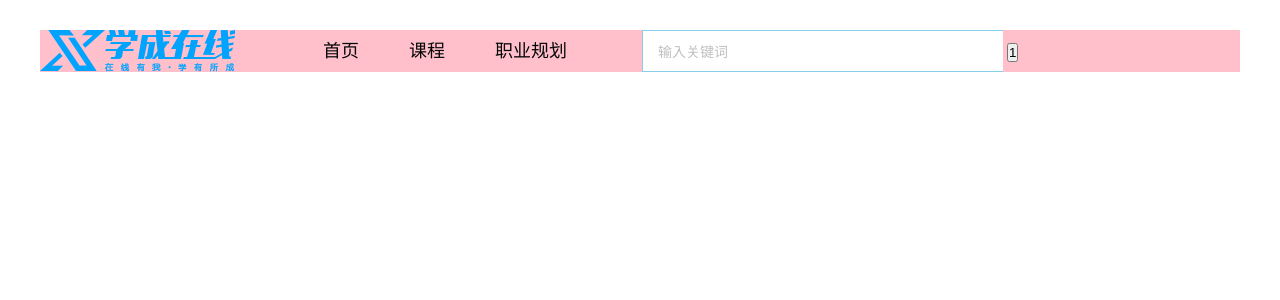
Repository: R1Deemo/Web-Project
Page: index..html
An editor plug-in stored every save of this project. The page is shown before and after the next save, followed by the edit.
The browser window is 1280 px wide. The pictures show the whole page.

Above is the page before, as saved 2022-03-08 21:42:03.

### index..html
<!DOCTYPE html>
<html lang="en">

<head>
    <meta charset="UTF-8">
    <meta http-equiv="X-UA-Compatible" content="IE=edge">
    <meta name="viewport" content="width=device-width, initial-scale=1.0">
    <title>测试页面</title>
    <link rel="stylesheet" href="style.css">
</head>

<body>
    <!--头部模块 -->
    <div class="header w">
        <div class="logo">
            <img src="images/学成在线.png" alt="">
        </div>
        <!-- 实际开发中要用li+a的做法做导航栏 -->
        <div class="nav">
            <ul>
                <li>
                    <a href="#">首页</a>
                </li>
                <li>
                    <a href="#">课程</a>
                </li>
                <li>
                    <a href="#">职业规划</a>
                </li>

            </ul>
        </div>
        <!-- 搜索模块 -->
        <div class="search">
            <input type="text" value="输入关键词">
            <button>1</button>

        </div>

    </div>

</body>

</html>

### style.css
* {
    margin: 0;
    padding: 0;
}

.w {
    width: 1200px;
    margin: 0 auto;
}

li {
    list-style: none;
}

a {
    text-decoration: none;
}

.header {
    height: 42px;
    background-color: pink;
    margin: 30px auto;
}

.logo {
    float: left;
    width: 198px;
    height: 42px;
}

.nav {
    float: left;
    margin-left: 60px;
}

.nav ul li {
    float: left;
    margin: 0 15px;
}

.nav ul li a {
    display: block;
    height: 42px;
    padding: 0 10px;
    line-height: 42px;
    font-size: 18px;
    color: #050505;
}

.nav ul li a:hover {
    border-bottom: 2px solid #00a4ff;
}

.search {
    float: left;
    width: 412px;
    height: 42px;
    margin-left: 50px;
}

.search input {
    width: 345px;
    height: 40px;
    border: 1px solid skyblue;
    border-right: 0;
    color: #bfbfbf;
    font-size: 14px;
    padding-left: 15px;
}

.search button {
    size: 14px;
}

After the next save:
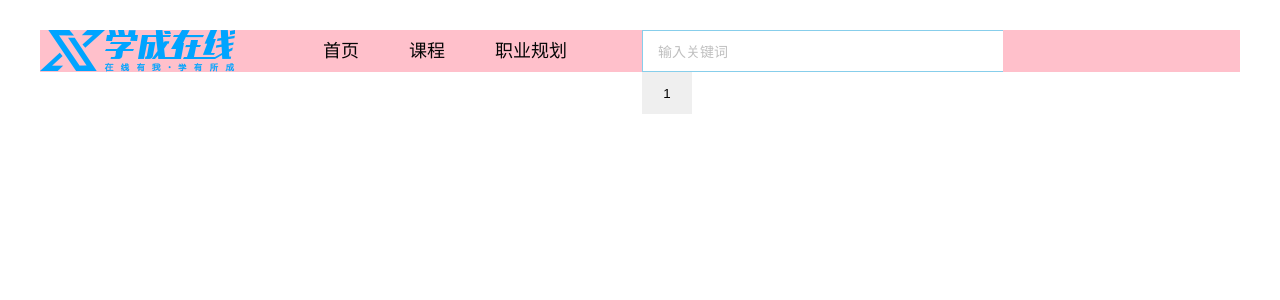
Saved 112 s later.
--- a/style.css
+++ b/style.css
@@ -69,5 +69,7 @@
 }
 
 .search button {
-    size: 14px;
+    width: 50px;
+    height: 42px;
+    border: 0;
 }
